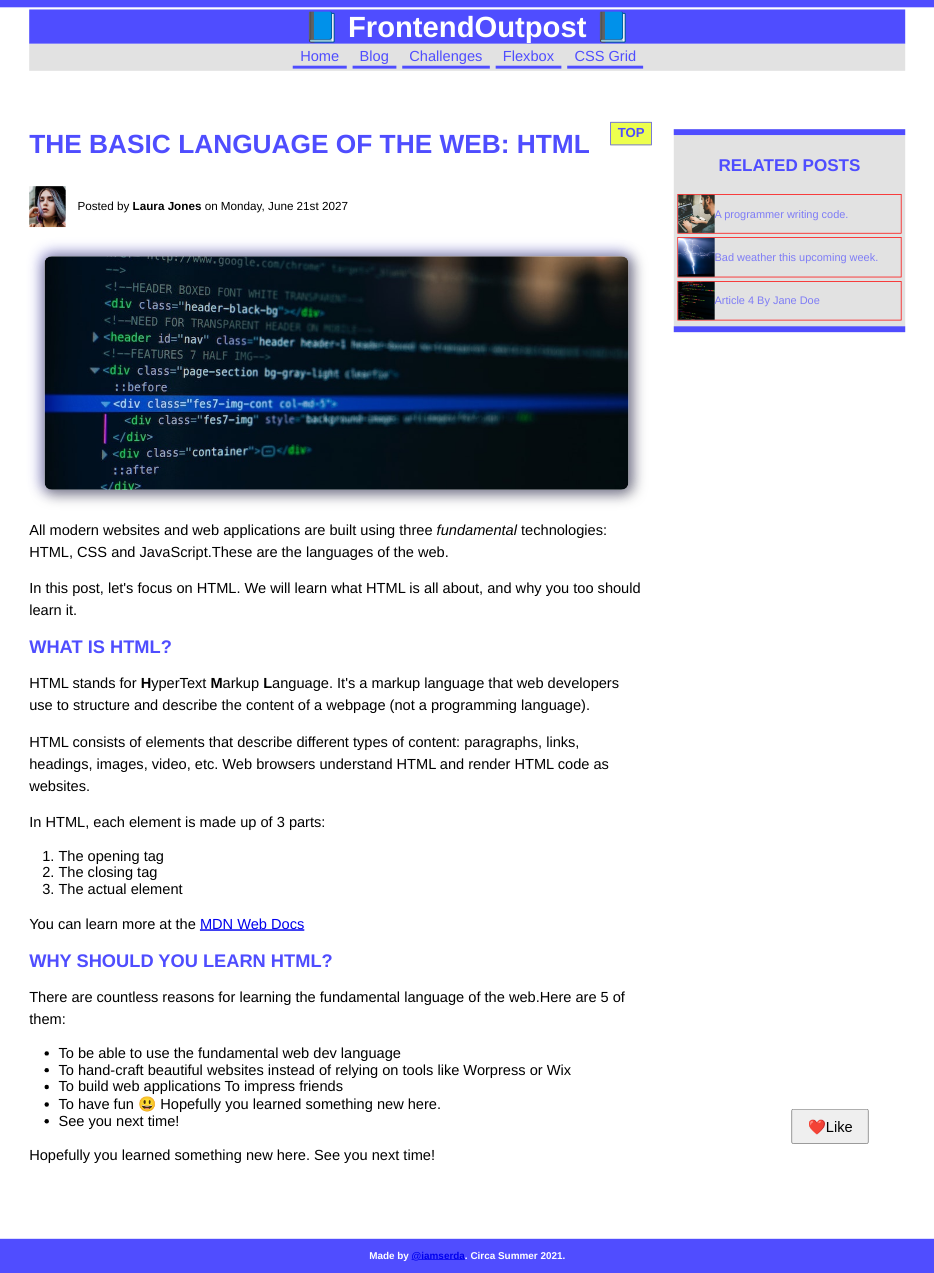
Repository: iamserda/html-css-course
Page: starter/02-HTML-Fundamentals/index.html
These files come from the project's save history. The page is drawn as it stood at one moment and after the next save; the edit follows.
The browser window is 1280 px wide. The pictures show the whole page, at 73% of full size.

Above is the page before, as saved 2021-07-18 17:25:01.

After the next save:
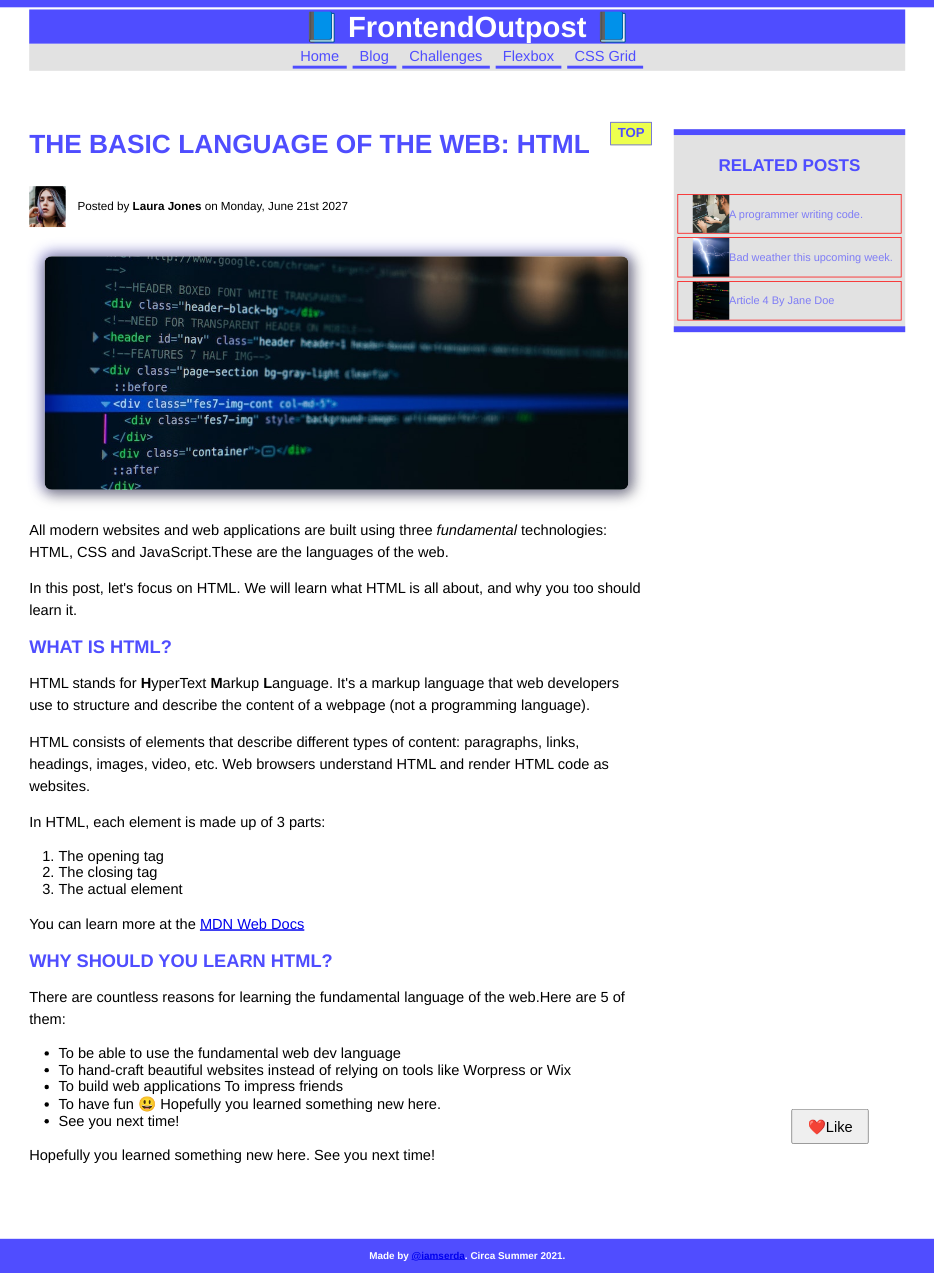
Saved 12 s later.
--- a/starter/02-HTML-Fundamentals/index.css
+++ b/starter/02-HTML-Fundamentals/index.css
@@ -189,6 +189,7 @@ footer p {
 .related img {
     max-width: 50px;
     height: auto;
+    margin-left: 1em;
 }
 
 .related p {
